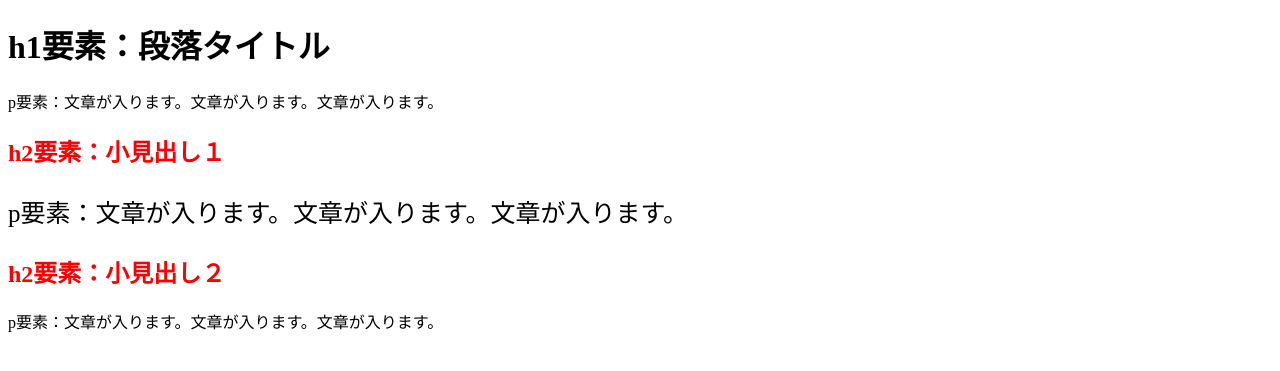
Repository: mizuki520/samurai_HTML-CSS
Page: index.html
The author's editor kept a record of every edit. The page is drawn from the files as they stood at one moment, then again after the next edit.
The browser window is 1280 px wide. The pictures show the whole page.

Above is the page before.

After the next edit:
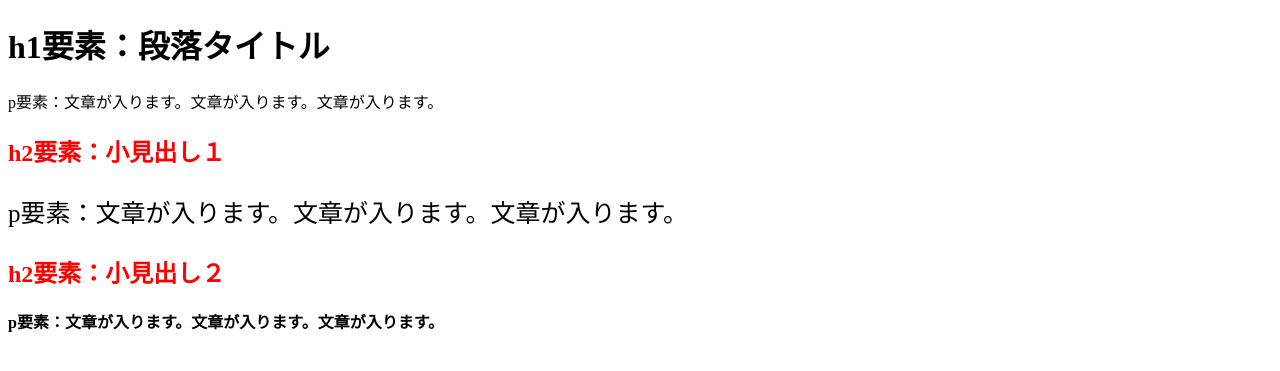
The edit:
--- a/index.html
+++ b/index.html
@@ -16,6 +16,6 @@
   <p style="font-size: 25px;">
    p要素：文章が入ります。文章が入ります。文章が入ります。</p>
   <h2>h2要素：小見出し２</h2>
-  <p>p要素：文章が入ります。文章が入ります。文章が入ります。</p>
+  <p style="font-weight: bold;">p要素：文章が入ります。文章が入ります。文章が入ります。</p>
  </body>
 </html>
